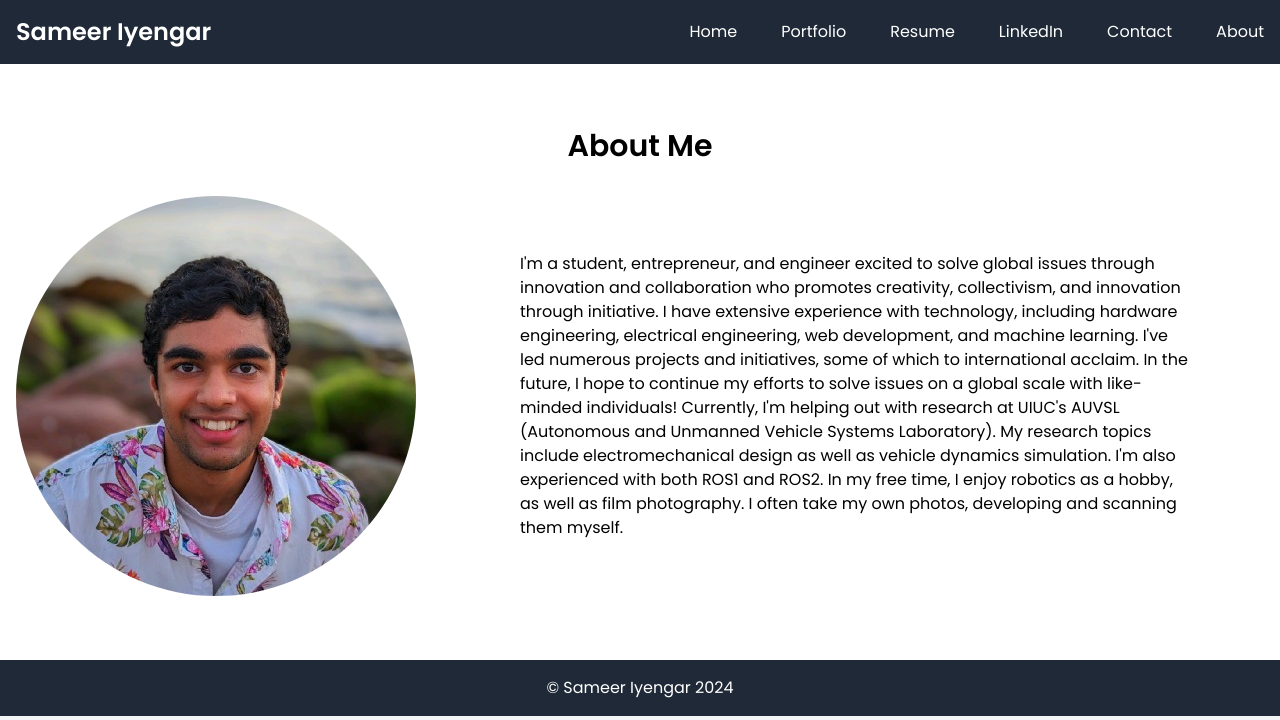
Repository: siyengar04/siyengar04.github.io
Page: about.html
These files come from the project's save history. The page is drawn as it stood at one moment and after the next save; the edit follows.
The browser window is 1280 px wide. The pictures show the whole page.
Some web libraries are served in a nearby version.

Above is the page before, as saved 2024-11-05 21:58:11.

### about.html
<!DOCTYPE html>
<html lang="en">

<head>
    <meta charset="UTF-8">
    <meta name="viewport" content="width=device-width, initial-scale=1.0">
    <title>Sameer Iyengar</title>
    <script src="https://cdn.tailwindcss.com"></script>
    <link href="/src/output.css" rel="stylesheet">
    <link href="https://fonts.googleapis.com/css2?family=Poppins:wght@300;400;600&display=swap" rel="stylesheet">
    <style>
        body {
            font-family: 'Poppins', sans-serif;
        }
    </style>
</head>

<body class="bg-gray-100">
    <header class="bg-gray-800 text-white py-4">
        <div class="container mx-auto flex justify-between items-center px-4">
            <h1 class="text-2xl font-semibold">Sameer Iyengar</h1>
            <div class="md:hidden">
                <button id="nav-toggle" class="text-white focus:outline-none">
                    <svg xmlns="http://www.w3.org/2000/svg" class="h-6 w-6" fill="none" viewBox="0 0 24 24" stroke="currentColor">
                        <path stroke-linecap="round" stroke-linejoin="round" stroke-width="2" d="M4 6h16M4 12h16m-7 6h7" />
                    </svg>
                </button>
            </div>
            <nav id="nav-menu" class="hidden md:flex md:space-x-6">
                <ul class="flex flex-col md:flex-row space-y-4 md:space-y-0 md:space-x-6">
                    <li><a href="index.html" class="hover:text-gray-400">Home</a></li>
                    <li><a href="/portfolio.html" class="hover:text-gray-400">Portfolio</a></li>
                    <li><a href="/resume.html" class="hover:text-gray-400">Resume</a></li>
                    <li><a href="https://www.linkedin.com/in/sameer-iyengar/" class="hover:text-gray-400">LinkedIn</a></li>
                    <li><a href="/contact.html" class="hover:text-gray-400">Contact</a></li>
                    <li><a href="/about.html" class="hover:text-gray-400">About</a></li>
                </ul>
            </nav>
        </div>
    </header>
    <section id="about" class="about py-16 bg-white">
        <h2 class="text-3xl text-center font-bold mb-8">About Me</h2>

        <div class="container mx-auto px-4 flex flex-col md:flex-row items-center">
            <img src="/images/profile.jpg" alt="Profile Picture" class="w-100 h-100 rounded-full mb-8 md:mb-0 md:mr-8">
            <div class="text-left md:text-left md:flex-1">
                <p class="text-left max-w-2xl mx-auto">I'm a student, entrepreneur, and engineer excited to solve global issues through innovation and collaboration who promotes creativity, collectivism, and innovation through initiative. I have extensive experience with technology, including hardware engineering, electrical engineering, web development, and machine learning. I've led numerous projects and initiatives, some of which to international acclaim. In the future, I hope to continue my efforts to solve issues on a global scale with like-minded individuals! Currently, I'm helping out with research at UIUC's AUVSL (Autonomous and Unmanned Vehicle Systems Laboratory). My research topics include electromechanical design as well as vehicle dynamics simulation. I'm also experienced with both ROS1 and ROS2. In my free time, I enjoy robotics as a hobby, as well as film photography. I often take my own photos, developing and scanning them myself.</p>
            </div>
        </div>
    </section>


    <footer class="bg-gray-800 text-white text-center py-4">
        <div class="container mx-auto">
            <p>&copy; Sameer Iyengar 2024</p>
        </div>
    </footer>

    <script>
        const navToggle = document.getElementById('nav-toggle');
        const navMenu = document.getElementById('nav-menu');

        navToggle.addEventListener('click', () => {
            navMenu.classList.toggle('hidden');
        });
    </script>
</body>

</html>

### src/output.css
*, ::before, ::after {
  --tw-border-spacing-x: 0;
  --tw-border-spacing-y: 0;
  --tw-translate-x: 0;
  --tw-translate-y: 0;
  --tw-rotate: 0;
  --tw-skew-x: 0;
  --tw-skew-y: 0;
  --tw-scale-x: 1;
  --tw-scale-y: 1;
  --tw-pan-x:  ;
  --tw-pan-y:  ;
  --tw-pinch-zoom:  ;
  --tw-scroll-snap-strictness: proximity;
  --tw-gradient-from-position:  ;
  --tw-gradient-via-position:  ;
  --tw-gradient-to-position:  ;
  --tw-ordinal:  ;
  --tw-slashed-zero:  ;
  --tw-numeric-figure:  ;
  --tw-numeric-spacing:  ;
  --tw-numeric-fraction:  ;
  --tw-ring-inset:  ;
  --tw-ring-offset-width: 0px;
  --tw-ring-offset-color: #fff;
  --tw-ring-color: rgb(59 130 246 / 0.5);
  --tw-ring-offset-shadow: 0 0 #0000;
  --tw-ring-shadow: 0 0 #0000;
  --tw-shadow: 0 0 #0000;
  --tw-shadow-colored: 0 0 #0000;
  --tw-blur:  ;
  --tw-brightness:  ;
  --tw-contrast:  ;
  --tw-grayscale:  ;
  --tw-hue-rotate:  ;
  --tw-invert:  ;
  --tw-saturate:  ;
  --tw-sepia:  ;
  --tw-drop-shadow:  ;
  --tw-backdrop-blur:  ;
  --tw-backdrop-brightness:  ;
  --tw-backdrop-contrast:  ;
  --tw-backdrop-grayscale:  ;
  --tw-backdrop-hue-rotate:  ;
  --tw-backdrop-invert:  ;
  --tw-backdrop-opacity:  ;
  --tw-backdrop-saturate:  ;
  --tw-backdrop-sepia:  ;
  --tw-contain-size:  ;
  --tw-contain-layout:  ;
  --tw-contain-paint:  ;
  --tw-contain-style:  ;
}

::backdrop {
  --tw-border-spacing-x: 0;
  --tw-border-spacing-y: 0;
  --tw-translate-x: 0;
  --tw-translate-y: 0;
  --tw-rotate: 0;
  --tw-skew-x: 0;
  --tw-skew-y: 0;
  --tw-scale-x: 1;
  --tw-scale-y: 1;
  --tw-pan-x:  ;
  --tw-pan-y:  ;
  --tw-pinch-zoom:  ;
  --tw-scroll-snap-strictness: proximity;
  --tw-gradient-from-position:  ;
  --tw-gradient-via-position:  ;
  --tw-gradient-to-position:  ;
  --tw-ordinal:  ;
  --tw-slashed-zero:  ;
  --tw-numeric-figure:  ;
  --tw-numeric-spacing:  ;
  --tw-numeric-fraction:  ;
  --tw-ring-inset:  ;
  --tw-ring-offset-width: 0px;
  --tw-ring-offset-color: #fff;
  --tw-ring-color: rgb(59 130 246 / 0.5);
  --tw-ring-offset-shadow: 0 0 #0000;
  --tw-ring-shadow: 0 0 #0000;
  --tw-shadow: 0 0 #0000;
  --tw-shadow-colored: 0 0 #0000;
  --tw-blur:  ;
  --tw-brightness:  ;
  --tw-contrast:  ;
  --tw-grayscale:  ;
  --tw-hue-rotate:  ;
  --tw-invert:  ;
  --tw-saturate:  ;
  --tw-sepia:  ;
  --tw-drop-shadow:  ;
  --tw-backdrop-blur:  ;
  --tw-backdrop-brightness:  ;
  --tw-backdrop-contrast:  ;
  --tw-backdrop-grayscale:  ;
  --tw-backdrop-hue-rotate:  ;
  --tw-backdrop-invert:  ;
  --tw-backdrop-opacity:  ;
  --tw-backdrop-saturate:  ;
  --tw-backdrop-sepia:  ;
  --tw-contain-size:  ;
  --tw-contain-layout:  ;
  --tw-contain-paint:  ;
  --tw-contain-style:  ;
}

/*
! tailwindcss v3.4.14 | MIT License | https://tailwindcss.com
*/

/*
1. Prevent padding and border from affecting element width. (https://github.com/mozdevs/cssremedy/issues/4)
2. Allow adding a border to an element by just adding a border-width. (https://github.com/tailwindcss/tailwindcss/pull/116)
*/

*,
::before,
::after {
  box-sizing: border-box;
  /* 1 */
  border-width: 0;
  /* 2 */
  border-style: solid;
  /* 2 */
  border-color: #e5e7eb;
  /* 2 */
}

::before,
::after {
  --tw-content: '';
}

/*
1. Use a consistent sensible line-height in all browsers.
2. Prevent adjustments of font size after orientation changes in iOS.
3. Use a more readable tab size.
4. Use the user's configured `sans` font-family by default.
5. Use the user's configured `sans` font-feature-settings by default.
6. Use the user's configured `sans` font-variation-settings by default.
7. Disable tap highlights on iOS
*/

html,
:host {
  line-height: 1.5;
  /* 1 */
  -webkit-text-size-adjust: 100%;
  /* 2 */
  -moz-tab-size: 4;
  /* 3 */
  -o-tab-size: 4;
     tab-size: 4;
  /* 3 */
  font-family: ui-sans-serif, system-ui, sans-serif, "Apple Color Emoji", "Segoe UI Emoji", "Segoe UI Symbol", "Noto Color Emoji";
  /* 4 */
  font-feature-settings: normal;
  /* 5 */
  font-variation-settings: normal;
  /* 6 */
  -webkit-tap-highlight-color: transparent;
  /* 7 */
}

/*
1. Remove the margin in all browsers.
2. Inherit line-height from `html` so users can set them as a class directly on the `html` element.
*/

body {
  margin: 0;
  /* 1 */
  line-height: inherit;
  /* 2 */
}

/*
1. Add the correct height in Firefox.
2. Correct the inheritance of border color in Firefox. (https://bugzilla.mozilla.org/show_bug.cgi?id=190655)
3. Ensure horizontal rules are visible by default.
*/

hr {
  height: 0;
  /* 1 */
  color: inherit;
  /* 2 */
  border-top-width: 1px;
  /* 3 */
}

/*
Add the correct text decoration in Chrome, Edge, and Safari.
*/

abbr:where([title]) {
  -webkit-text-decoration: underline dotted;
          text-decoration: underline dotted;
}

/*
Remove the default font size and weight for headings.
*/

h1,
h2,
h3,
h4,
h5,
h6 {
  font-size: inherit;
  font-weight: inherit;
}

/*
Reset links to optimize for opt-in styling instead of opt-out.
*/

a {
  color: inherit;
  text-decoration: inherit;
}

/*
Add the correct font weight in Edge and Safari.
*/

b,
strong {
  font-weight: bolder;
}

/*
1. Use the user's configured `mono` font-family by default.
2. Use the user's configured `mono` font-feature-settings by default.
3. Use the user's configured `mono` font-variation-settings by default.
4. Correct the odd `em` font sizing in all browsers.
*/

code,
kbd,
samp,
pre {
  font-family: ui-monospace, SFMono-Regular, Menlo, Monaco, Consolas, "Liberation Mono", "Courier New", monospace;
  /* 1 */
  font-feature-settings: normal;
  /* 2 */
  font-variation-settings: normal;
  /* 3 */
  font-size: 1em;
  /* 4 */
}

/*
Add the correct font size in all browsers.
*/

small {
  font-size: 80%;
}

/*
Prevent `sub` and `sup` elements from affecting the line height in all browsers.
*/

sub,
sup {
  font-size: 75%;
  line-height: 0;
  position: relative;
  vertical-align: baseline;
}

sub {
  bottom: -0.25em;
}

sup {
  top: -0.5em;
}

/*
1. Remove text indentation from table contents in Chrome and Safari. (https://bugs.chromium.org/p/chromium/issues/detail?id=999088, https://bugs.webkit.org/show_bug.cgi?id=201297)
2. Correct table border color inheritance in all Chrome and Safari. (https://bugs.chromium.org/p/chromium/issues/detail?id=935729, https://bugs.webkit.org/show_bug.cgi?id=195016)
3. Remove gaps between table borders by default.
*/

table {
  text-indent: 0;
  /* 1 */
  border-color: inherit;
  /* 2 */
  border-collapse: collapse;
  /* 3 */
}

/*
1. Change the font styles in all browsers.
2. Remove the margin in Firefox and Safari.
3. Remove default padding in all browsers.
*/

button,
input,
optgroup,
select,
textarea {
  font-family: inherit;
  /* 1 */
  font-feature-settings: inherit;
  /* 1 */
  font-variation-settings: inherit;
  /* 1 */
  font-size: 100%;
  /* 1 */
  font-weight: inherit;
  /* 1 */
  line-height: inherit;
  /* 1 */
  letter-spacing: inherit;
  /* 1 */
  color: inherit;
  /* 1 */
  margin: 0;
  /* 2 */
  padding: 0;
  /* 3 */
}

/*
Remove the inheritance of text transform in Edge and Firefox.
*/

button,
select {
  text-transform: none;
}

/*
1. Correct the inability to style clickable types in iOS and Safari.
2. Remove default button styles.
*/

button,
input:where([type='button']),
input:where([type='reset']),
input:where([type='submit']) {
  -webkit-appearance: button;
  /* 1 */
  background-color: transparent;
  /* 2 */
  background-image: none;
  /* 2 */
}

/*
Use the modern Firefox focus style for all focusable elements.
*/

:-moz-focusring {
  outline: auto;
}

/*
Remove the additional `:invalid` styles in Firefox. (https://github.com/mozilla/gecko-dev/blob/2f9eacd9d3d995c937b4251a5557d95d494c9be1/layout/style/res/forms.css#L728-L737)
*/

:-moz-ui-invalid {
  box-shadow: none;
}

/*
Add the correct vertical alignment in Chrome and Firefox.
*/

progress {
  vertical-align: baseline;
}

/*
Correct the cursor style of increment and decrement buttons in Safari.
*/

::-webkit-inner-spin-button,
::-webkit-outer-spin-button {
  height: auto;
}

/*
1. Correct the odd appearance in Chrome and Safari.
2. Correct the outline style in Safari.
*/

[type='search'] {
  -webkit-appearance: textfield;
  /* 1 */
  outline-offset: -2px;
  /* 2 */
}

/*
Remove the inner padding in Chrome and Safari on macOS.
*/

::-webkit-search-decoration {
  -webkit-appearance: none;
}

/*
1. Correct the inability to style clickable types in iOS and Safari.
2. Change font properties to `inherit` in Safari.
*/

::-webkit-file-upload-button {
  -webkit-appearance: button;
  /* 1 */
  font: inherit;
  /* 2 */
}

/*
Add the correct display in Chrome and Safari.
*/

summary {
  display: list-item;
}

/*
Removes the default spacing and border for appropriate elements.
*/

blockquote,
dl,
dd,
h1,
h2,
h3,
h4,
h5,
h6,
hr,
figure,
p,
pre {
  margin: 0;
}

fieldset {
  margin: 0;
  padding: 0;
}

legend {
  padding: 0;
}

ol,
ul,
menu {
  list-style: none;
  margin: 0;
  padding: 0;
}

/*
Reset default styling for dialogs.
*/

dialog {
  padding: 0;
}

/*
Prevent resizing textareas horizontally by default.
*/

textarea {
  resize: vertical;
}

/*
1. Reset the default placeholder opacity in Firefox. (https://github.com/tailwindlabs/tailwindcss/issues/3300)
2. Set the default placeholder color to the user's configured gray 400 color.
*/

input::-moz-placeholder, textarea::-moz-placeholder {
  opacity: 1;
  /* 1 */
  color: #9ca3af;
  /* 2 */
}

input::placeholder,
textarea::placeholder {
  opacity: 1;
  /* 1 */
  color: #9ca3af;
  /* 2 */
}

/*
Set the default cursor for buttons.
*/

button,
[role="button"] {
  cursor: pointer;
}

/*
Make sure disabled buttons don't get the pointer cursor.
*/

:disabled {
  cursor: default;
}

/*
1. Make replaced elements `display: block` by default. (https://github.com/mozdevs/cssremedy/issues/14)
2. Add `vertical-align: middle` to align replaced elements more sensibly by default. (https://github.com/jensimmons/cssremedy/issues/14#issuecomment-634934210)
   This can trigger a poorly considered lint error in some tools but is included by design.
*/

img,
svg,
video,
canvas,
audio,
iframe,
embed,
object {
  display: block;
  /* 1 */
  vertical-align: middle;
  /* 2 */
}

/*
Constrain images and videos to the parent width and preserve their intrinsic aspect ratio. (https://github.com/mozdevs/cssremedy/issues/14)
*/

img,
video {
  max-width: 100%;
  height: auto;
}

/* Make elements with the HTML hidden attribute stay hidden by default */

[hidden]:where(:not([hidden="until-found"])) {
  display: none;
}

body {
  font-family: 'Poppins', sans-serif;
  margin: 0;
  padding: 0;
  box-sizing: border-box;
}

header {
  background-color: #333;
  padding: 20px 0;
  color: #fff;
}

header nav ul {
  display: flex;
  list-style-type: none;
  gap: 20px;
}

header nav ul li a {
  color: #fff;
  text-decoration: none;
}

.hero {
  background: url('images/hero.jpg') no-repeat center center/cover;
  height: 80vh;
  display: flex;
  align-items: center;
  justify-content: center;
  color: #fff;
  text-align: center;
}

.portfolio {
  padding: 40px 0;
}

.gallery {
  display: grid;
  grid-template-columns: repeat(auto-fit, minmax(200px, 1fr));
  gap: 20px;
}

.gallery img {
  width: 100%;
  height: auto;
}

.contact-btn {
  background-color: #333;
  color: #fff;
  padding: 10px 20px;
  text-decoration: none;
  border-radius: 5px;
}

footer {
  background-color: #333;
  color: #fff;
  text-align: center;
  padding: 10px 0;
}

After the next save:
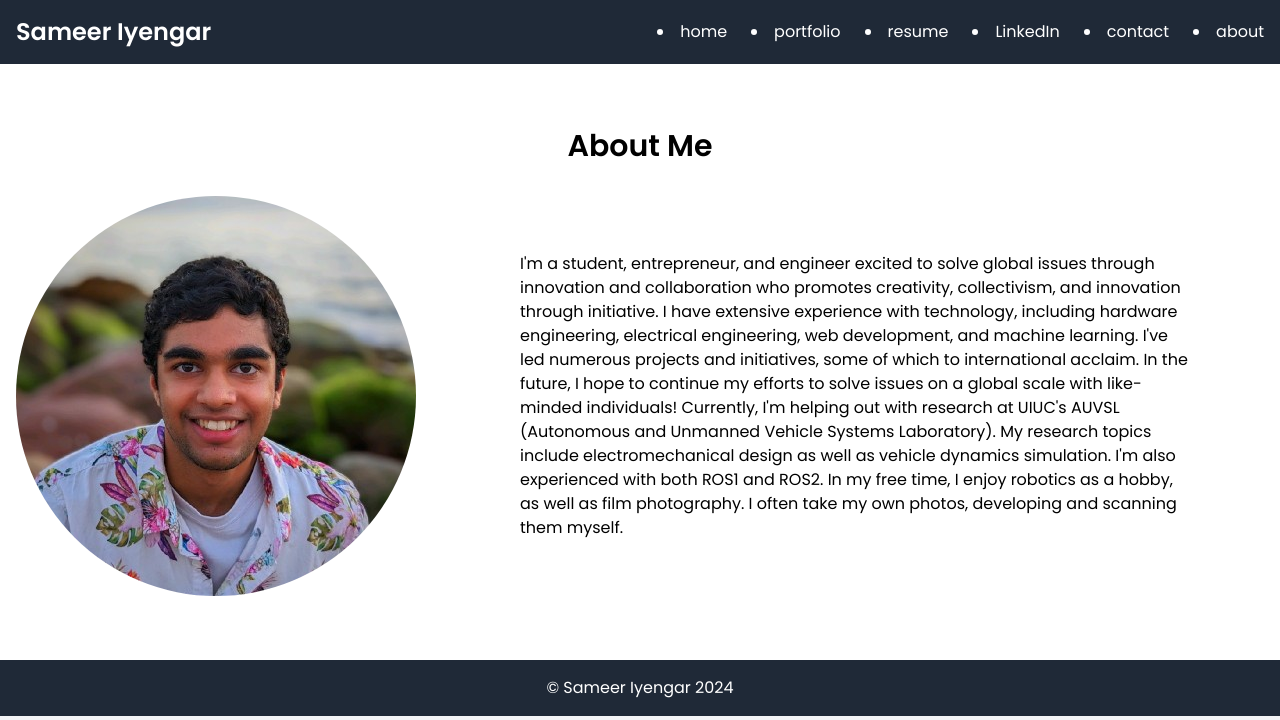
Saved 15 s later.
--- a/about.html
+++ b/about.html
@@ -27,13 +27,12 @@
                 </button>
             </div>
             <nav id="nav-menu" class="hidden md:flex md:space-x-6">
-                <ul class="flex flex-col md:flex-row space-y-4 md:space-y-0 md:space-x-6">
-                    <li><a href="index.html" class="hover:text-gray-400">Home</a></li>
-                    <li><a href="/portfolio.html" class="hover:text-gray-400">Portfolio</a></li>
-                    <li><a href="/resume.html" class="hover:text-gray-400">Resume</a></li>
-                    <li><a href="https://www.linkedin.com/in/sameer-iyengar/" class="hover:text-gray-400">LinkedIn</a></li>
-                    <li><a href="/contact.html" class="hover:text-gray-400">Contact</a></li>
-                    <li><a href="/about.html" class="hover:text-gray-400">About</a></li>
+                <li><a href="index.html" class="hover:text-gray-400">home</a></li>
+                <li><a href="/portfolio.html" class="hover:text-gray-400">portfolio</a></li>
+                <li><a href="/resume.html" class="hover:text-gray-400">resume</a></li>
+                <li><a href="https://www.linkedin.com/in/sameer-iyengar/" class="hover:text-gray-400">LinkedIn</a></li>
+                <li><a href="/contact.html" class="hover:text-gray-400">contact</a></li>
+                <li><a href="/about.html" class="hover:text-gray-400">about</a></li>
                 </ul>
             </nav>
         </div>
